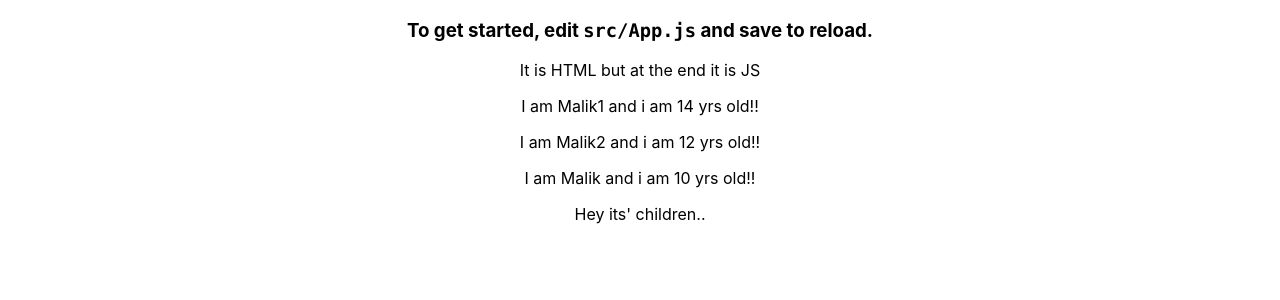
Repository: RohitMalik2/Rohit_react
Page: /
These files come from the project's save history. The page is drawn as it stood at one moment and after the next save; the edit follows.
The browser window is 1280 px wide. The pictures show the whole page.
The project was rebuilt for these pictures with package versions that can differ from the ones it lists, and the page was loaded fresh each time.

Above is the page before, as saved 2019-10-12 15:33:24.

### src/App.js
import React, { Component } from 'react';
import './App.css';
import Person from './Person/Person';

class App extends Component {
  render() {
    return (
      <div className="App">
        <h3>
          To get started, edit <code>src/App.js</code> and save to reload.
        </h3>
        <p> It is HTML but at the end it is JS</p>
        <Person name="Malik1" age="14"/>
        <Person name="Malik2" age="12"/>
        <Person name="Malik" age="10">Hey its' children..</Person>
      </div>
    );
    /* return React.createElement('div', {className: 'App'}, React.createElement('h1', null, "Hey whts..up")); */
  }
}

export default App;

### src/Person/Person.js
import React from 'react'; // We need to import react bcz below JSX is converted
// to React element by React only

const person = (props) => {
    return (
       <div>
       <p>I am {props.name}  and i am {props.age} yrs old!!</p>
        <p>{props.children}</p>
       </div>
    );
}
export default person;

Loaded but not shown: public/index.html (common file); src/index.js (common file); src/index.css (common file); src/serviceWorker.js (common file); src/App.css (common file)

After the next save:
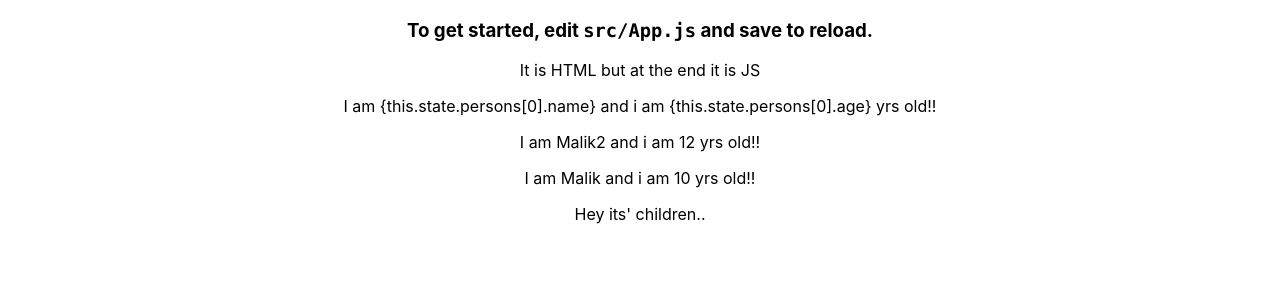
Saved 10 days later.
--- a/src/App.js
+++ b/src/App.js
@@ -3,6 +3,12 @@ import './App.css';
 import Person from './Person/Person';
 
 class App extends Component {
+  state = {
+    persons : [
+      {name: 'Yash', age: 3},
+      {name: 'Yug', age: 3}
+    ]
+  }
   render() {
     return (
       <div className="App">
@@ -10,7 +16,7 @@ class App extends Component {
           To get started, edit <code>src/App.js</code> and save to reload.
         </h3>
         <p> It is HTML but at the end it is JS</p>
-        <Person name="Malik1" age="14"/>
+        <Person name="{this.state.persons[0].name}" age="{this.state.persons[0].age}"/>
         <Person name="Malik2" age="12"/>
         <Person name="Malik" age="10">Hey its' children..</Person>
       </div>
